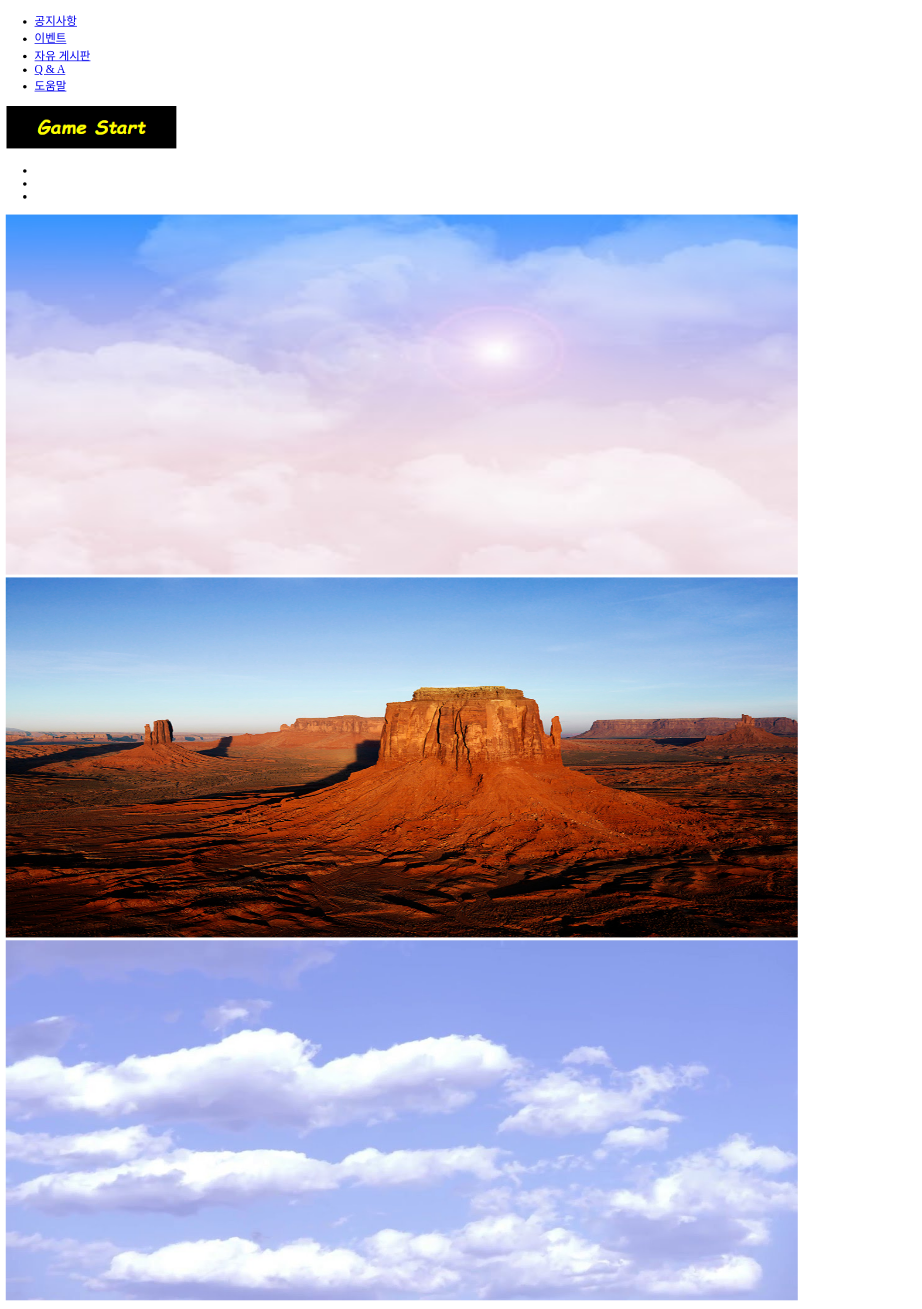
Repository: chief7852/Hankkeut
Page: wcg-game/wcg-game/WebContent/home_main/main.html
An editor plug-in stored every save of this project. The page is shown before and after the next save, followed by the edit.
The browser window is 1280 px wide. The pictures show the whole page, at 72% of full size.

Above is the page before, as saved 2021-02-18 23:58:04.

After the next save:
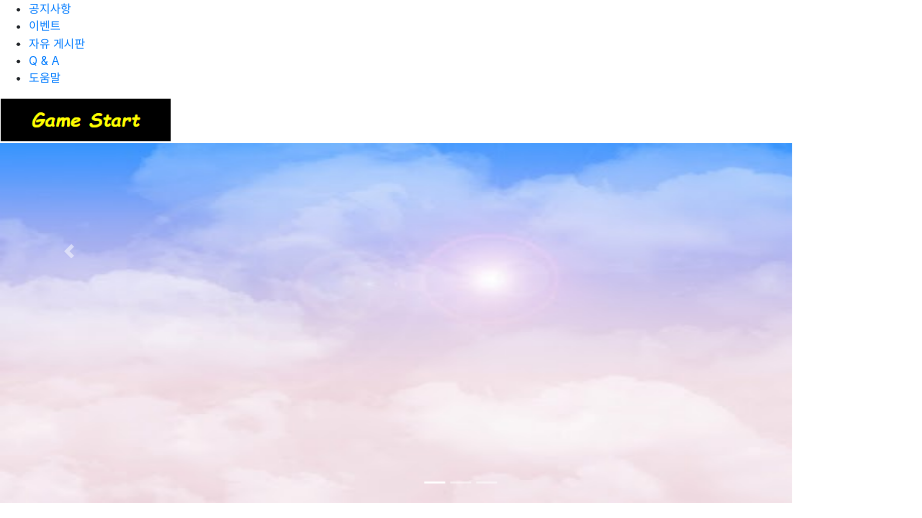
Saved 22 s later.
--- a/wcg-game/wcg-game/WebContent/home_main/main.html
+++ b/wcg-game/wcg-game/WebContent/home_main/main.html
@@ -3,6 +3,8 @@
 <head>
 <meta charset="UTF-8">
 <title>HAN KKEUT</title>
+<link rel="stylesheet"
+	href="https://maxcdn.bootstrapcdn.com/bootstrap/4.5.2/css/bootstrap.min.css">
 </head>
 <body>
 <div id="demo" class="carousel slide" data-ride="carousel">
